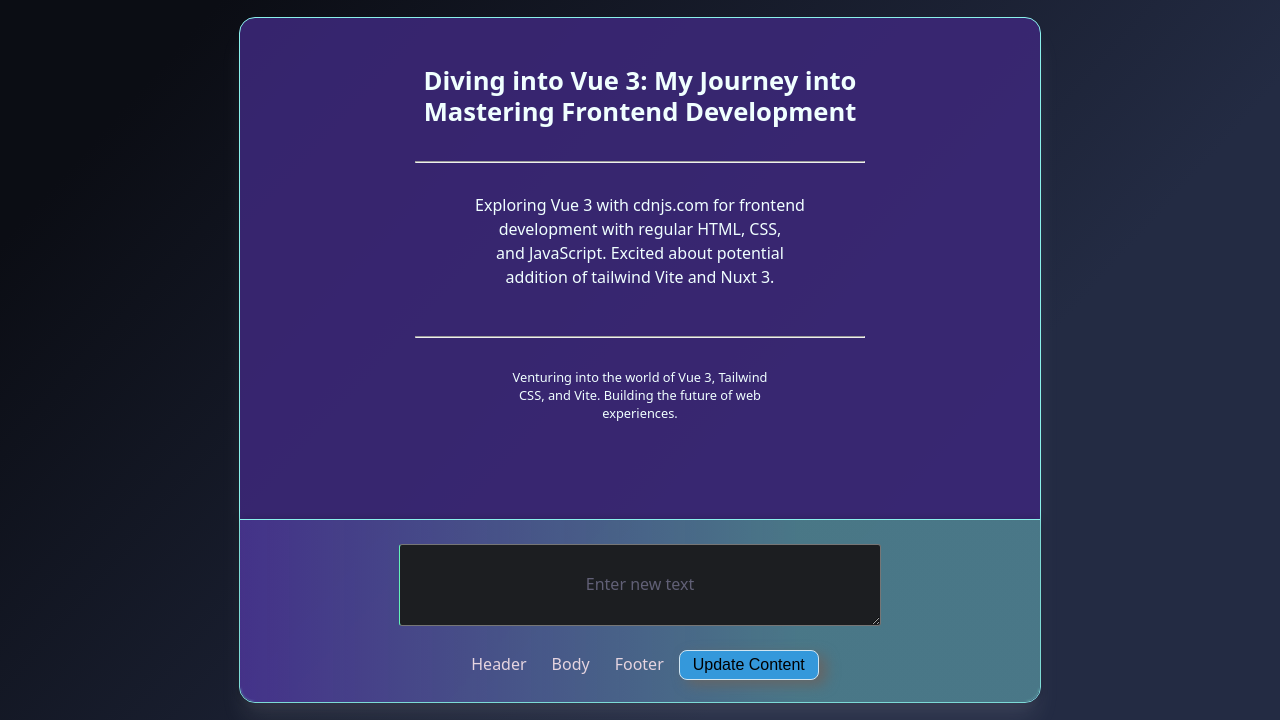
Repository: Freezler/AnnounceCraft
Page: index.html
These files come from the project's save history. The page is drawn as it stood at one moment and after the next save; the edit follows.
The browser window is 1280 px wide. The pictures show the whole page.

Above is the page before, as saved 2024-01-22 15:20:59.

After the next save:
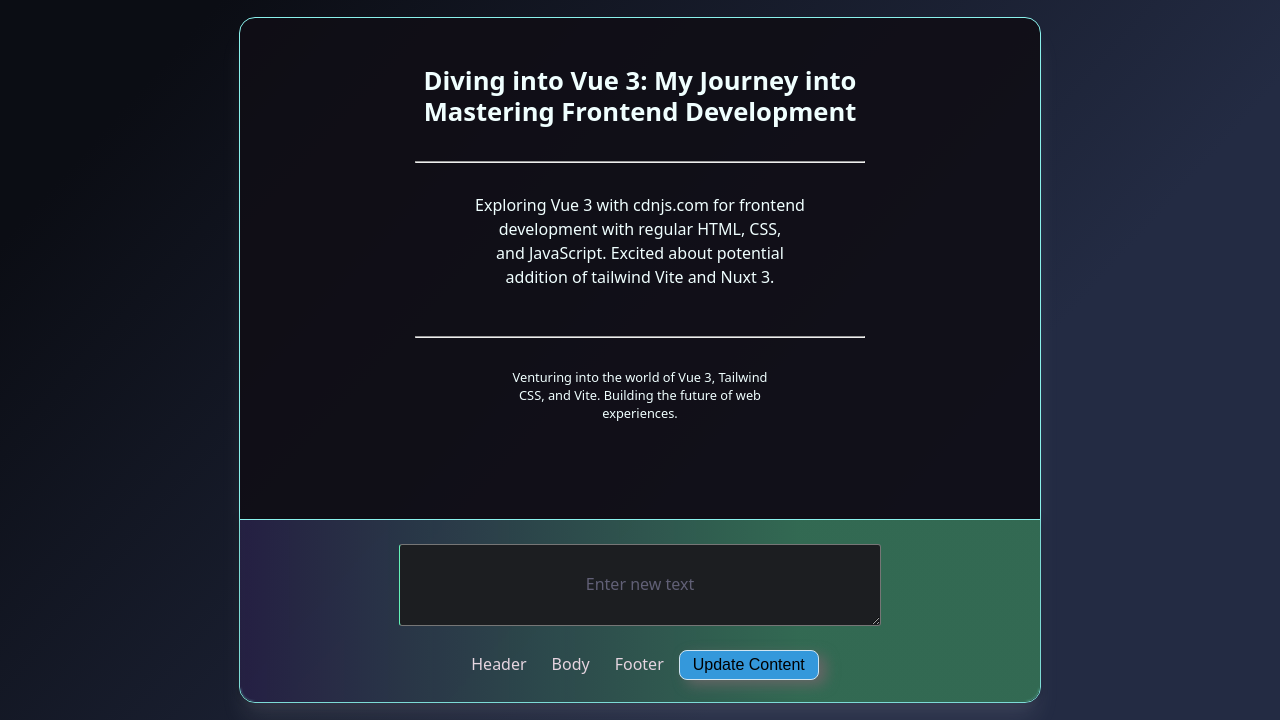
Saved 5 s later.
--- a/style.css
+++ b/style.css
@@ -19,7 +19,7 @@
     border-radius: 16px;
     padding: 0 16px;
     max-width: 60vw;
-    background-color: hsla(255, 51%, 31%, 0.9);
+    background-color: hsla(255, 21%, 7%, 0.9);
     text-align: center;
     position: absolute;
     box-shadow: rgba(223, 225, 240, 0.1) 0px 20px 25px -5px, rgba(228, 225, 225, 0.05) 0px 10px 10px -5px;
